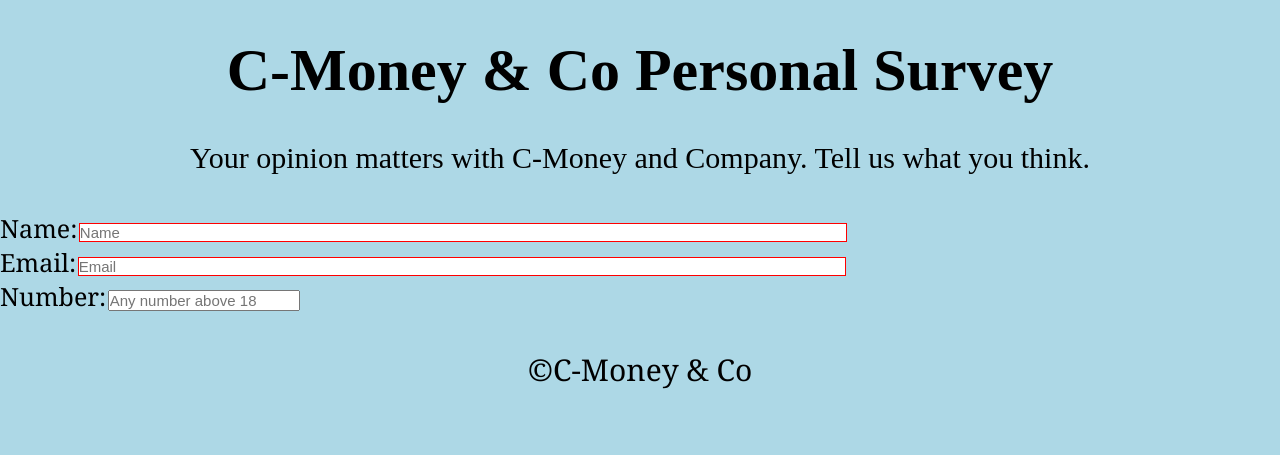
Repository: ctcoleman/surveyForm
Page: index.html
These files come from the project's save history. The page is drawn as it stood at one moment and after a run of saves; the edit follows.
The browser window is 1280 px wide. The pictures show the whole page.

Above is the page before, as saved 2020-06-26 10:56:19.
Console error: TypeError: Cannot read properties of null (reading 'addEventListener')

### index.html
<!DOCTYPE html>
<html lang="en">

<!-- Head -->
  <head>
    <meta name="description" content="Survey Form Example Project">
    <meta name="author" content="Christopher Coleman">
    <meta name="title" content="Survey Form Project">
    <meta name="keywords" content="Survey, Forms, HTML, CSS, Example, Project"
    <meta name="viewport" content="width=device-width, initial-scale=1.0">
    <meta charset="UTF-8">
    <link rel="stylesheet" type="text/css" href="/assets/stylesheets/index.css">
    <title>Survey Form Project</title>
  </head>

<!-- Body -->
  <body>


    <!-- Main Content-->
    <main id="main">

      <!-- Header -->
      <header id="titleHeading" class="heading">
        <h1 id="title">C-Money & Co Personal Survey</h1>
      </header>

      <!-- Description of Survey-->
      <section class="descriptionSection">
        <p id="description">Your opinion matters with C-Money and Company. Tell us what you think.</p>
      </section>

      <!-- Survey Form -->
      <form id="survey-form" class="formWrapper" action="#" method="post">
        <!-- Name -->
        <div class="nameEntery">
          <label for="name-label">Name:</label>
          <input type="text" id="name" name="user_name" placeholder="Name" required>
        </div>
        <!-- E-Mail -->
        <div class="emailEntery">
          <label for="email-label">Email:</label>
          <input type="email" id="email" name="user_email" placeholder="Email" required>
        </div>
        <!-- Number -->
        <div class="numberEntery">
          <label for="number-label">Number:</label>
          <input type="number" id="number" placeholder="Any number above 18" min="18" max="150">
        </div>
        <!-- Dropdown -->
        <div class="dropdownEntery">
          <label for="dr"
        </div>
      </form>

      <!-- Footer -->
      <footer>
        <p>&copy;C-Money & Co</p>
      </footer>
    </main>

    <script>
      const btn = document.querySelector('button');
      const txt = document.querySelector('p')

      btn.addEventListener('click', updateBtn);

      function updateBtn () {
        if (btn.textContent === 'I am a button') {
          btn.textContent = 'I am a new button';
          txt.textContent = 'New Lorem Ipsum';
        } else {
          btn.textContent = 'I am a button';
          txt.textContent = 'Lorem Ipsum'
        }
      }
    </script>
    <script>url('https://cdn.freecodecamp.org/testable-projects-fcc/v1/bundle.js')</script>
  </body>
</html>

### assets/stylesheets/index.css
* {
  margin: 0;
  padding: 0;
  outline: 0;
  box-sizing: border-box;
  font-size: 62.5%;
}

html {
 background: lightblue;
 color: black;
 -webkit-font-smoothing: antialiased;
}

h1 {
  font-size: 6rem;
  text-align: center;
  margin: 5vh 3vw;
}

p {
  font-size: 3rem;
  text-align: center;
  margin: 5vh 3vw;
}

input {
  font-size: 1.5rem;
  width: 60vw;
}
#number {
  width: 15vw;
}
input:required {
  border: 1px solid red;
}

label {
  font-size: 2.5rem;
  font-family: Georgia, 'Times New Roman', Times, serif;
}

After the next 2 saves:
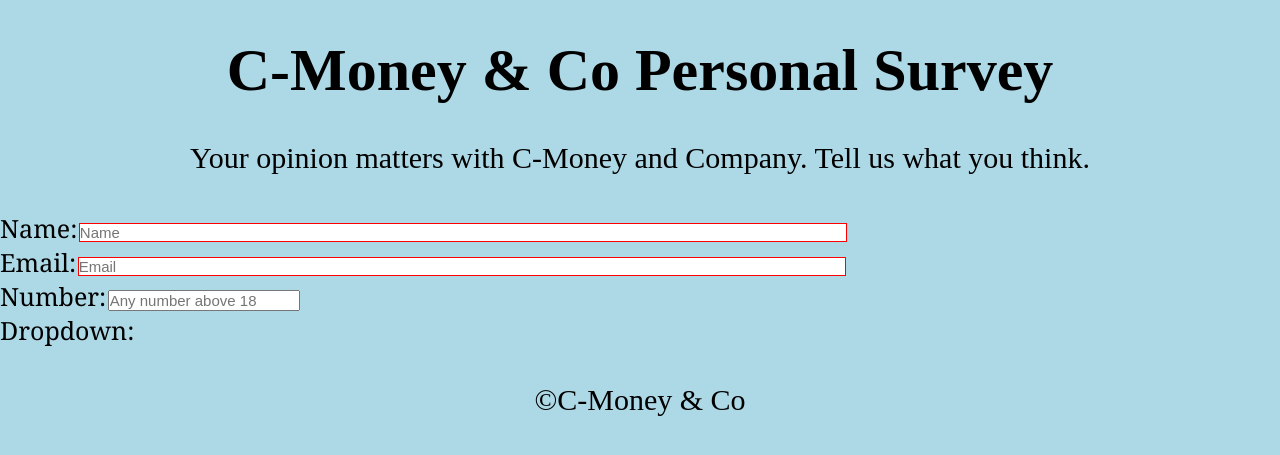
The 2 saves are shown as one change because they came seconds apart.
The last was saved 9 s later.
--- a/index.html
+++ b/index.html
@@ -49,7 +49,7 @@
         </div>
         <!-- Dropdown -->
         <div class="dropdownEntery">
-          <label for="dr"
+          <label for="dropdown-label">Dropdown:</label>
         </div>
       </form>
 
